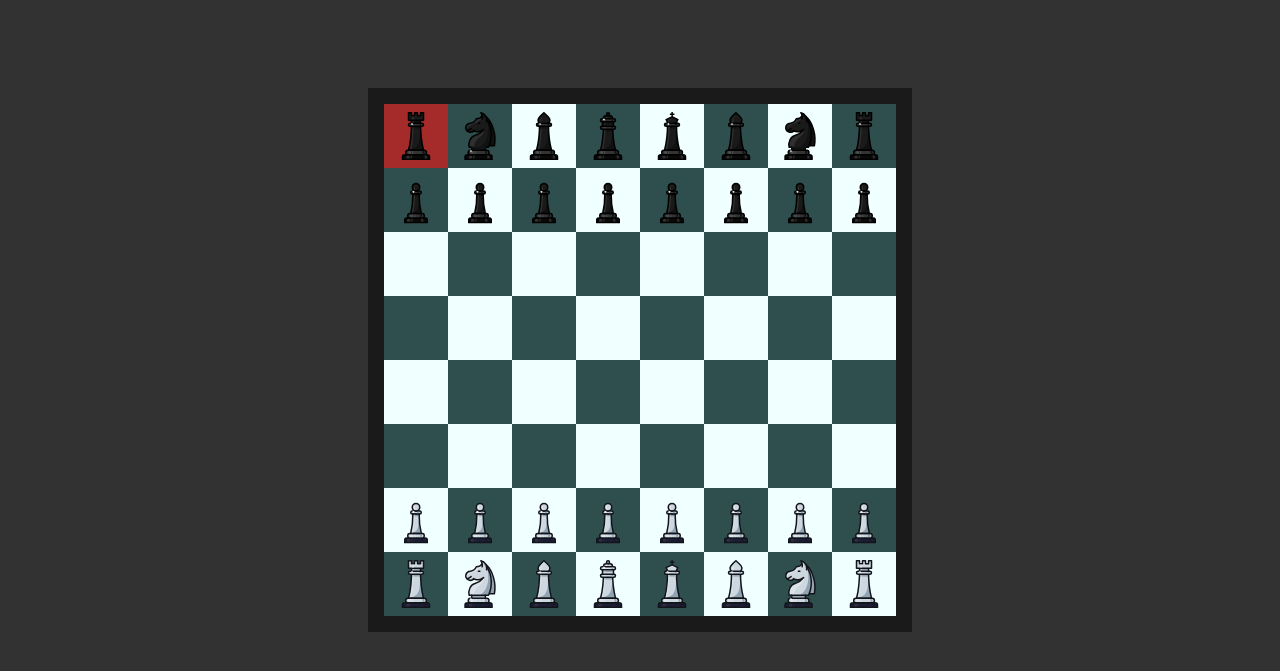
Repository: Mirsmog/react-chess
Page: /, after clicking the first element matching `div.cell`
These files come from the project's save history. The page is drawn as it stood at one moment and after the next save; the edit follows.
The browser window is 1280 px wide. The pictures show the whole page.
The project was rebuilt for these pictures with package versions that can differ from the ones it lists, and the page was loaded fresh each time. Also part of the build but not shown: vite.config.ts.

Above is the page before, as saved 2023-10-28 15:54:19.

### src/App.tsx
import BoardComponent from '@/components/BoardComponent';
import { Board } from './models/Board';
import React from 'react';

const App = () => {
  const [board, setBoard] = React.useState(new Board());

  React.useEffect(() => {
    restart();
  }, []);

  function restart() {
    const newBoard = new Board();
    newBoard.initCells();
    newBoard.addFigures()
    setBoard(newBoard);
  }
  return (
    <div className='app'>
      <BoardComponent board={board} setBoard={setBoard} />
    </div>
  );
};

export default App;

### src/index.css
:root {
  --sell-size: 64px;
}

* {
  margin: 0;
  padding: 0;
}

.app {
  background-color: #323232;
  width: 100vw;
  height: 100vh;
  display: flex;
  justify-content: center;
  align-items: center;
}

.board {
  display: flex;
  width: calc(var(--sell-size) * 8);
  height: calc(var(--sell-size) * 8);
  flex-wrap: wrap;
  border: 16px solid #1a1a1a;
}

.cell {
  width: var(--sell-size);
  height: var(--sell-size);
  display: flex;
  justify-content: center;
  align-items: center;
}

.cell img {
  width: 48px;
  height: 48px;
  position: relative;
}

img[src*='/src/assets/pawn-white.svg'],
img[src*='/src/assets/pawn-black.svg'] {
  /* transform: scale(1.18); */
  transform: translateY(3px);
}

.black {
  background-color: darkslategrey;
}

.white {
  background-color: azure;
}

.selected {
  background-color: brown;
}

### src/components/BoardComponent.tsx
import { Board } from '@/models/Board';
import React from 'react';
import CellComponent from './CellComponent';
import { Cell } from '@/models/Cell';

type Props = {
  board: Board;
  setBoard: (board: Board) => void;
};

const BoardComponent: React.FC<Props> = ({ board, setBoard }) => {
  const [currentCell, setCurrentCell] = React.useState<Cell | null>(null);
  const click = (cell: Cell) => {
    cell.figure && setCurrentCell(cell);
  };
  return (
    <div className='board'>
      {board.cells.map((row, index) => (
        <React.Fragment key={index}>
          {row.map((cell) => (
            <CellComponent
              click={click}
              key={cell.id}
              cell={cell}
              selected={cell.x === currentCell?.x && cell.y === currentCell?.y}
            />
          ))}
        </React.Fragment>
      ))}
    </div>
  );
};

export default BoardComponent;

### src/models/Board.ts
import { Cell } from './Cell';
import { Colors } from './Colors';
import { Bishop } from './figures/Bishop';
import { King } from './figures/King';
import { Knight } from './figures/Knight';
import { Pawn } from './figures/Pawn';
import { Queen } from './figures/Queen';
import { Rook } from './figures/Rook';

export class Board {
  cells: Cell[][] = [];

  public initCells() {
    for (let i = 0; i < 8; i++) {
      const row: Cell[] = [];
      for (let j = 0; j < 8; j++) {
        if ((i + j) % 2 !== 0) {
          row.push(new Cell(this, j, i, Colors.BLACK, null)); // black
        } else {
          row.push(new Cell(this, j, i, Colors.WHITE, null)); // white
        }
      }
      this.cells.push(row);
    }
  }
  public getCell(x: number, y: number) {
    return this.cells[y][x];
  }

  private addPawns() {
    for (let i = 0; i < 8; i++) {
      new Pawn(Colors.BLACK, this.getCell(i, 1));
      new Pawn(Colors.WHITE, this.getCell(i, 6));
    }
  }
  private addKings() {
    new King(Colors.BLACK, this.getCell(4, 0));
    new King(Colors.WHITE, this.getCell(4, 7));
  }
  private addQueens() {
    new Queen(Colors.BLACK, this.getCell(3, 0));
    new Queen(Colors.WHITE, this.getCell(3, 7));
  }
  private addBishops() {
    new Bishop(Colors.BLACK, this.getCell(2, 0));
    new Bishop(Colors.BLACK, this.getCell(5, 0));
    new Bishop(Colors.WHITE, this.getCell(2, 7));
    new Bishop(Colors.WHITE, this.getCell(5, 7));
  }
  private addKnights() {
    new Knight(Colors.BLACK, this.getCell(1, 0));
    new Knight(Colors.BLACK, this.getCell(6, 0));
    new Knight(Colors.WHITE, this.getCell(1, 7));
    new Knight(Colors.WHITE, this.getCell(6, 7));
  }
  private addRooks() {
    new Rook(Colors.BLACK, this.getCell(0, 0));
    new Rook(Colors.BLACK, this.getCell(7, 0));
    new Rook(Colors.WHITE, this.getCell(0, 7));
    new Rook(Colors.WHITE, this.getCell(7, 7));
  }

  public addFigures() {
    this.addKings();
    this.addBishops();
    this.addKnights();
    this.addQueens();
    this.addPawns();
    this.addRooks();
  }
}

### src/components/CellComponent.tsx
import { Cell } from '@/models/Cell';
import React from 'react';

type Props = {
  cell: Cell;
  selected: boolean;
  click: (cell: Cell) => void;
};

const CellComponent: React.FC<Props> = ({ cell, selected, click }) => {
  return (
    <div className={`cell ${cell.color} ${selected && 'selected'}`} onClick={() => click(cell)}>
      {cell.figure?.logo && (
        <img src={cell.figure.logo} alt={cell.figure.logo} />
      )}
    </div>
  );
};

export default CellComponent;

### src/models/Cell.ts
import { Board } from './Board';
import { Colors } from './Colors';
import { Figure } from './figures/Figure';

export class Cell {
  readonly x: number;
  readonly y: number;
  readonly color: Colors;
  figure: Figure | null;
  board: Board;
  available: boolean;
  id: number;

  constructor(
    board: Board,
    x: number,
    y: number,
    color: Colors,
    figure: Figure | null
  ) {
    this.board = board;
    this.figure = figure;
    this.color = color;
    this.x = x;
    this.y = y;
    this.available = false;
    this.id = Math.random();
  }
}

### src/models/Colors.ts
export enum Colors {
  BLACK = 'black',
  WHITE = 'white',
}

### src/models/figures/Bishop.ts
import { Cell } from '../Cell';
import { Colors } from '../Colors';
import { Figure, FigureName } from './Figure';
import bishopBlack from '@/assets/bishop-black.svg';
import bishopWhite from '@/assets/bishop-white.svg';
export class Bishop extends Figure {
  constructor(color: Colors, cell: Cell) {
    super(color, cell);
    this.logo = color === Colors.BLACK ? bishopBlack : bishopWhite;
    this.name = FigureName.BISHOP
  }
}

### src/models/figures/King.ts
import { Cell } from '../Cell';
import { Colors } from '../Colors';
import { Figure, FigureName } from './Figure';
import kingBlack from '@/assets/king-black.svg';
import kingWhite from '@/assets/king-white.svg';
export class King extends Figure {
  constructor(color: Colors, cell: Cell) {
    super(color, cell);
    this.logo = color === Colors.BLACK ? kingBlack : kingWhite;
    this.name = FigureName.KING
  }
}

### src/models/figures/Knight.ts
import { Cell } from '../Cell';
import { Colors } from '../Colors';
import { Figure, FigureName } from './Figure';
import knightBlack from '@/assets/knight-black.svg';
import knightWhite from '@/assets/knight-white.svg';
export class Knight extends Figure {
  constructor(color: Colors, cell: Cell) {
    super(color, cell);
    this.logo = color === Colors.BLACK ? knightBlack : knightWhite;
    this.name = FigureName.KNIGHT
  }
}

### src/models/figures/Pawn.ts
import { Cell } from '../Cell';
import { Colors } from '../Colors';
import { Figure, FigureName } from './Figure';
import pawnBlack from '@/assets/pawn-black.svg';
import pawnWhite from '@/assets/pawn-white.svg';
export class Pawn extends Figure {
  constructor(color: Colors, cell: Cell) {
    super(color, cell);
    this.logo = color === Colors.BLACK ? pawnBlack : pawnWhite;
    this.name = FigureName.PAWN
  }
}

### src/models/figures/Queen.ts
import { Cell } from '../Cell';
import { Colors } from '../Colors';
import { Figure, FigureName } from './Figure';
import queenBlack from '@/assets/queen-black.svg';
import queenWhite from '@/assets/queen-white.svg';
export class Queen extends Figure {
  constructor(color: Colors, cell: Cell) {
    super(color, cell);
    this.logo = color === Colors.BLACK ? queenBlack : queenWhite;
    this.name = FigureName.QUEEN
  }
}

### src/models/figures/Rook.ts
import { Cell } from '../Cell';
import { Colors } from '../Colors';
import { Figure, FigureName } from './Figure';
import rookBlack from '@/assets/rook-black.svg';
import rookWhite from '@/assets/rook-white.svg';
export class Rook extends Figure {
  constructor(color: Colors, cell: Cell) {
    super(color, cell);
    this.logo = color === Colors.BLACK ? rookBlack : rookWhite;
    this.name = FigureName.ROOK;
  }
}

### src/models/figures/Figure.ts
import { Cell } from '../Cell';
import { Colors } from '../Colors';
import logo from '@/assets/bishop-black.svg';

import queenBlack from '@/assets/queen-black.svg';
import bishopBlack from '@/assets/bishop-black.svg';
import rookBlack from '@/assets/rook-black.svg';
import knightBlack from '@/assets/knight-black.svg';
import pawnBlack from '@/assets/pawn-black.svg';

import queenWhite from '@/assets/queen-white.svg';
import bishopWhite from '@/assets/bishop-white.svg';
import rookWhite from '@/assets/rook-white.svg';
import knightWhite from '@/assets/knight-white.svg';
import pawnWhite from '@/assets/pawn-white.svg';

export enum FigureName {
  FIGURE = 'figure',
  KING = 'king',
  QUEEN = 'queen',
  ROOK = 'rook',
  BISHOP = 'bishop',
  PAWN = 'pawn',
  KNIGHT = 'knight',
}


export class Figure {
  color: Colors;
  logo: typeof logo | null;
  cell: Cell;
  name: FigureName;
  id: number;

  constructor(color: Colors, cell: Cell) {
    this.color = color;
    this.cell = cell;
    this.cell.figure = this;
    this.logo = null;
    this.name = FigureName.FIGURE;
    this.id = Math.random();
  }

  canMove(target: Cell): boolean {
    return true;
  }
  moveFigure(target: Cell) {}
}

Loaded but not shown: index.html (common file); src/main.tsx (common file)

After the next save:
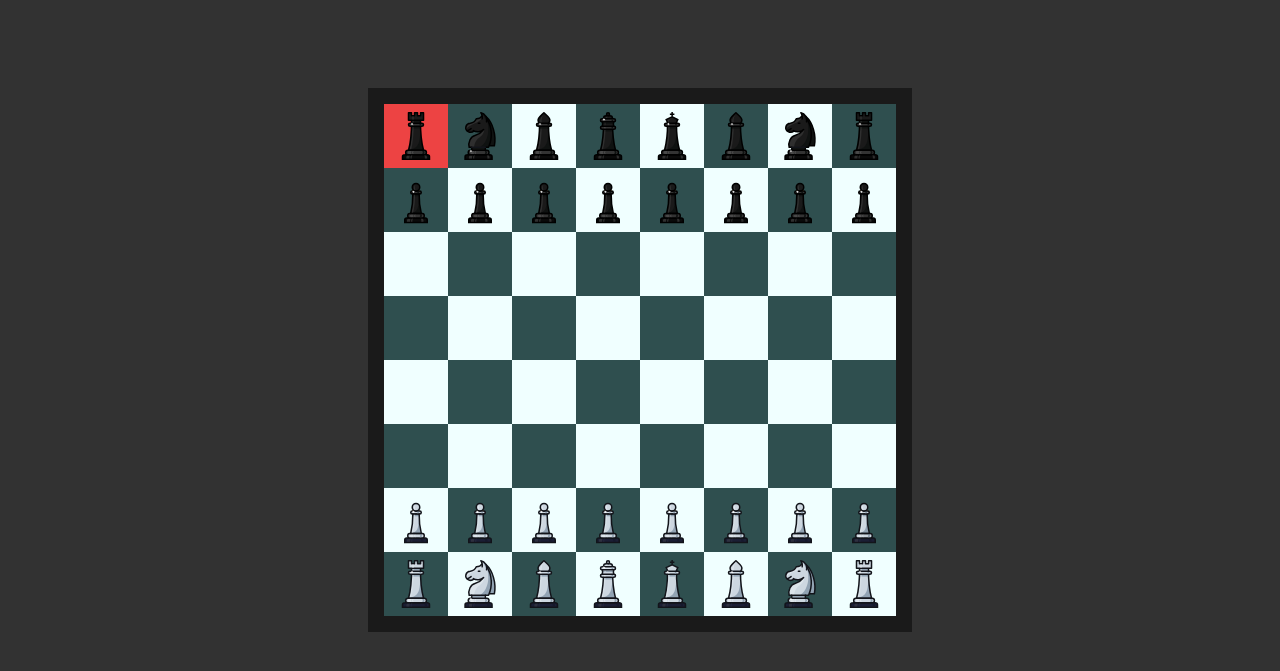
Saved 69 s later.
--- a/src/index.css
+++ b/src/index.css
@@ -53,5 +53,5 @@ img[src*='/src/assets/pawn-black.svg'] {
 }
 
 .selected {
-  background-color: brown;
+  background-color: #ed4343;
 }
